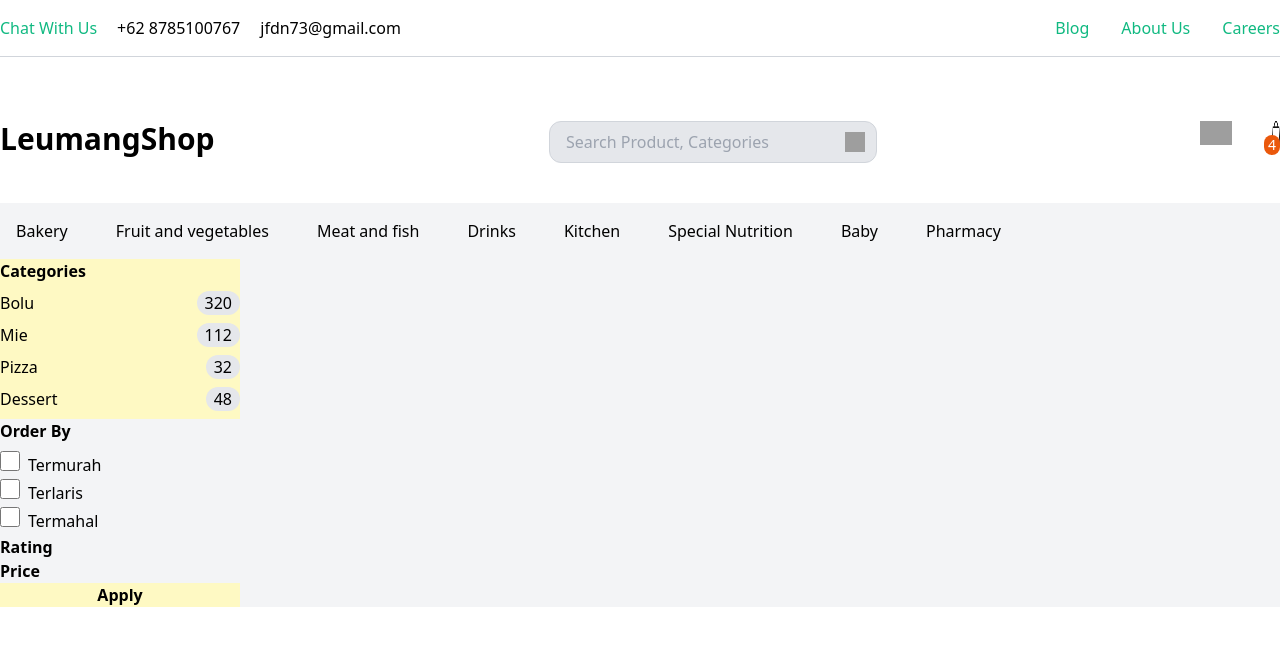
Repository: jafetdn73/ecommerce-tailwind
Page: /
These files come from the project's save history. The page is drawn as it stood at one moment and after the next save; the edit follows.
The browser window is 1280 px wide. The pictures show the whole page.
Pictures or frames that could not be fetched are drawn as grey boxes. The project was rebuilt for these pictures with package versions that can differ from the ones it lists, and the page was loaded fresh each time. Also part of the build but not shown: src/App.css.

Above is the page before, as saved 2022-03-13 23:08:55.

After the next save:
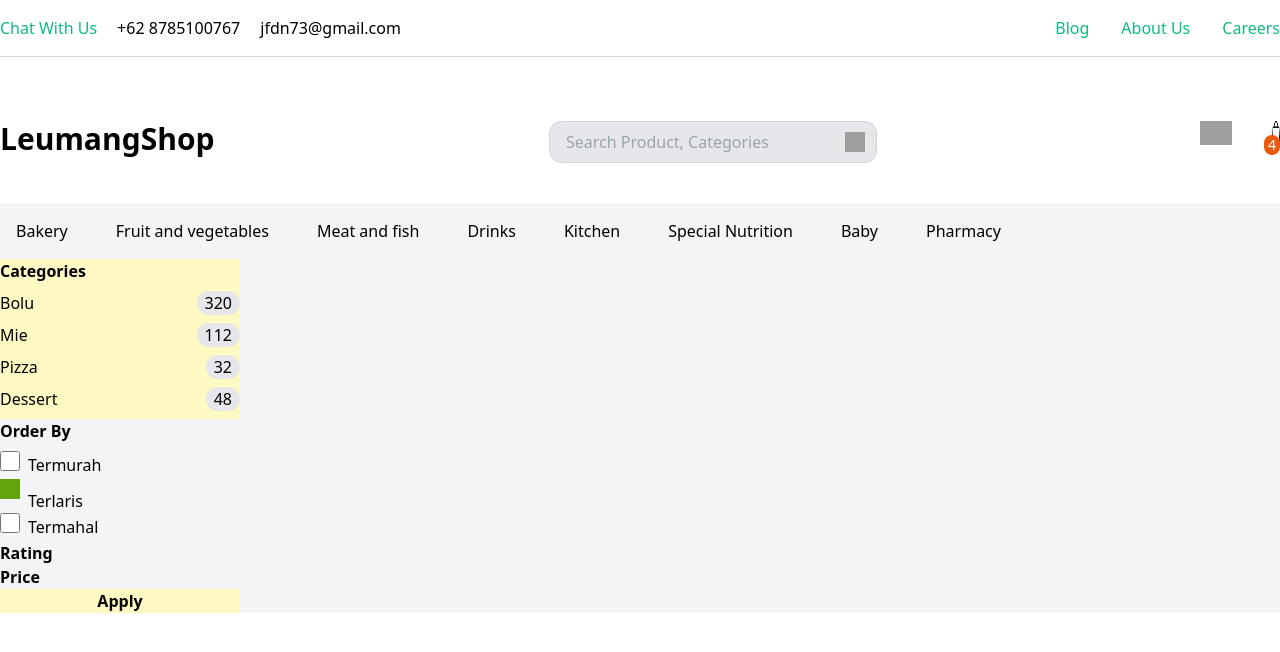
Saved 20 s later.
--- a/src/App.js
+++ b/src/App.js
@@ -84,7 +84,7 @@ function App() {
                <label >Termurah</label>
           </div>
           <div>
-            <input type="checkbox"  className="bg-lime-600 w-5 h-5 mr-2 mb-2"></input><label>Terlaris</label>
+            <input type="checkbox"  className="appearance-none bg-lime-600 w-5 h-5 mr-2 mb-2"></input><label>Terlaris</label>
           </div>
           <div>
             <input type="checkbox"  className="bg-lime-600 w-5 h-5 mr-2 mb-2"></input><label>Termahal</label>
